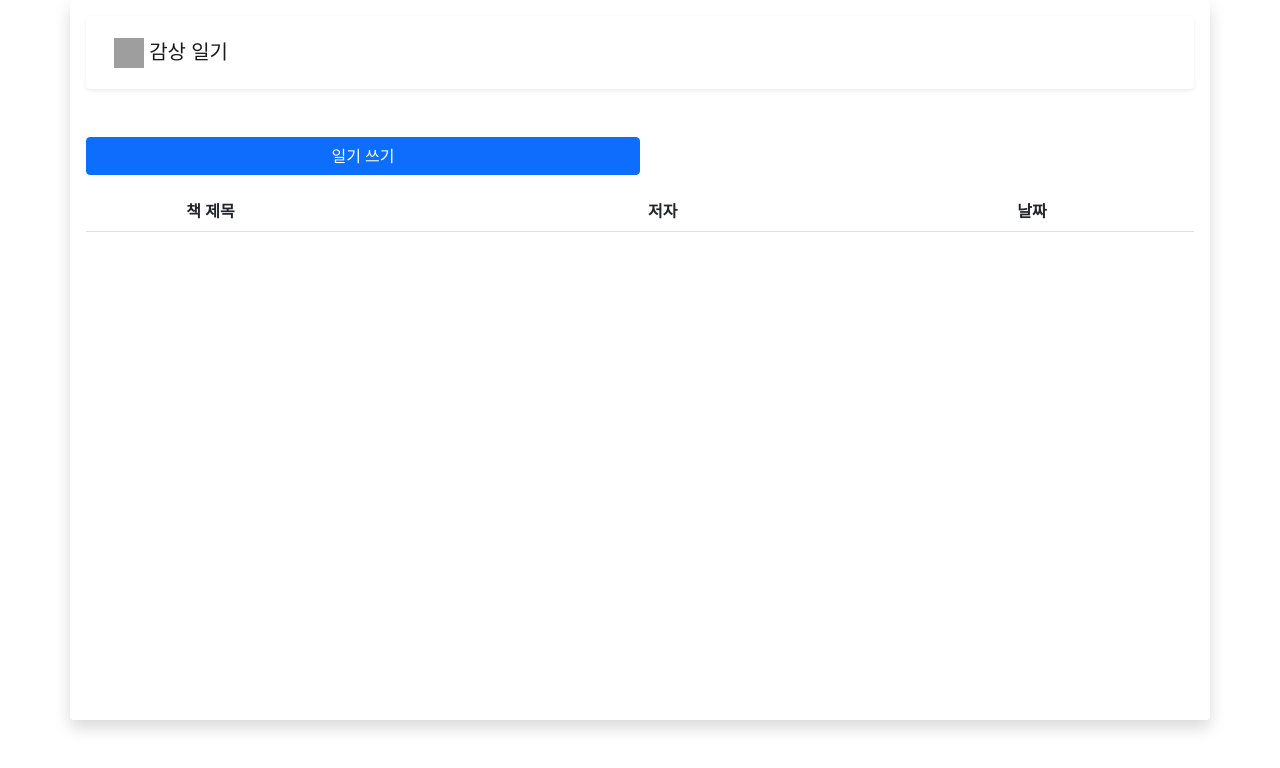
Repository: EunSung98/readMemo
Page: http://localhost/cultureMemoProject/memo/diary.jsp
These files come from the project's save history. The page is drawn as it stood at one moment and after the next save; the edit follows.
The browser window is 1280 px wide. The pictures show the whole page.
Pictures or frames that could not be fetched are drawn as grey boxes. The page is served by Tomcat 9. Other server files are loaded and not shown. Queries for data that is not in the repository find no rows.

Above is the page before, as saved 2023-06-07 12:36:15.

### cultureMemoProject/src/main/webapp/memo/diary.jsp
<%@page import="books.bookDo"%>
<%@page import="java.util.ArrayList"%>
<%@ page language="java" contentType="text/html; charset=UTF-8"
    pageEncoding="UTF-8"%>
<!DOCTYPE html>
<html>
<head>
<meta charset="UTF-8">
<title>Insert title here</title>
</head>
<body>
<div class="container shadow p-3 mb-5 bg-body rounded vh-100">
	<jsp:include page="../header.jsp"/>
	<div class="d-grid mt-5 w-50">
	  <button class="btn btn-primary " type="button" onclick="location.href='upload.jsp'">일기 쓰기</button>
	</div>

	<table class="table table-striped mt-3">
	  <thead>
	    <tr>
	      <th class="col-1" scope="col"></th>
	      <th class="col-5"  scope="col">책 제목</th>
	      <th class="col-4" scope="col">저자</th>
	      <th class="col-3"  scope="col">날짜</th>
	    </tr>
	  </thead>
	    <tbody>

	   <jsp:useBean id="bdao" class="books.bookDao" scope="application" />

	<%
		String id = (String) session.getAttribute("id");

		ArrayList<bookDo> b = bdao.getAll(id);

		for(int i=0; i<b.size(); i++){
			bookDo bdo = b.get(i);
	%>
		<tr style="cursor: pointer" onclick="location.href='page.jsp?book=<%= bdo.getBookName()%>'">
	      <th scope="row"><%= i+1 %></th>
	      <td><%= bdo.getBookName() %></td>
	      <td><%= bdo.getWriter() %></td>
	      <td><%= bdo.getDate() %></td>
	    </tr>
	<%
		}
	%>
	  </tbody>
	</table>
</div>
</body>
</html>

### cultureMemoProject/src/main/webapp/header.jsp
<%@ page language="java" contentType="text/html; charset=UTF-8"
    pageEncoding="UTF-8"%>
<!DOCTYPE html>
<html>
<head>
<meta charset="UTF-8">
<link href="https://cdn.jsdelivr.net/npm/bootstrap@5.1.3/dist/css/bootstrap.min.css" rel="stylesheet" integrity="sha384-1BmE4kWBq78iYhFldvKuhfTAU6auU8tT94WrHftjDbrCEXSU1oBoqyl2QvZ6jIW3" crossorigin="anonymous">
<script src="https://cdn.jsdelivr.net/npm/bootstrap@5.1.3/dist/js/bootstrap.bundle.min.js" integrity="sha384-ka7Sk0Gln4gmtz2MlQnikT1wXgYsOg+OMhuP+IlRH9sENBO0LRn5q+8nbTov4+1p" crossorigin="anonymous"></script>
<title>Insert title here</title>
</head>
<body>
<nav class="bg-light navbar navbar-light shadow-sm p-3 mb-5 bg-body rounded w-100">
  <div class="container-fluid">
    <a class="navbar-brand" href="#">
      <img src="https://cdn-icons-png.flaticon.com/512/3238/3238016.png" alt="" width="30" height="30" class="d-inline-block align-text-top">
      감상 일기
    </a>
  </div>
</nav>
</body>
</html>

### cultureMemoProject/src/main/java/books/bookDao.java
package books;

import java.sql.Connection;
import java.sql.Date;
import java.sql.DriverManager;
import java.sql.PreparedStatement;
import java.sql.ResultSet;
import java.sql.SQLException;
import java.time.LocalDate;
import java.util.ArrayList;

import javax.naming.Context;
import javax.naming.InitialContext;
import javax.sql.DataSource;

public class bookDao {
	// DB 연동에 필요한 JDBC 클래스 선언
	Connection conn = null;
	PreparedStatement pstmt = null;
	ResultSet rs = null;

	public void uploadBook(bookDo bdo,String userId) {
		System.out.println("uploadBook() 처리 시작");

		//DB 연결
		connect_cp();

		//SQL 처리 루틴
		String sql = "insert into books(bookName,writer,date,content,memberId)"
		+" values(?,?,?,?,?)";

		LocalDate nowTime = LocalDate.now();

		try {
			pstmt = conn.prepareStatement(sql);
			pstmt.setString(1,bdo.getBookName());
			pstmt.setString(2,bdo.getWriter());
			pstmt.setDate(3,Date.valueOf(nowTime));
			pstmt.setString(4,bdo.getContent());
			pstmt.setString(5,userId);

			//sql문 실행 : 테이블에 변화 있으면  update..
			pstmt.executeUpdate();

			System.out.println("uploadBook() 처리 완료");
		} catch (SQLException e) {
			e.printStackTrace();
		}

		//디비 연결 종료
		disConnect();
	}

	public bookDo goPage(String book,String userId) {
		System.out.println("goPage() 처리 시작");
		connect_cp();

		bookDo bdo = new bookDo();

		String sql = "select * from books where bookName=? and memberId=?";
		try {
			pstmt = conn.prepareStatement(sql);
			pstmt.setString(1, book);
			pstmt.setString(2, userId);
			rs = pstmt.executeQuery();
			while(rs.next()) {
				bdo.setBookName(rs.getString(1));
				bdo.setWriter(rs.getString(2));
				bdo.setDate(rs.getTimestamp(3));
				bdo.setContent(rs.getString(4));
				bdo.setMemberId(rs.getString(5));
				System.out.println("goPage() 처리 완료");
			}
		} catch (SQLException e) {
			// TODO Auto-generated catch block
			e.printStackTrace();
		}
		disConnect();

		return bdo;
	}

	public void modifyBook(bookDo bdo,String book,String userId) {
		System.out.println("modifyBook() 처리 시작");

		//DB 연결
		connect_cp();

		//SQL 처리 루틴
		String sql = "update books set bookName=?,writer=?,date=?,content=? "
				+ "where bookName=? and memberId=?";

		try {
			pstmt = conn.prepareStatement(sql);
			pstmt.setString(1,bdo.getBookName());
			pstmt.setString(2,bdo.getWriter());
			pstmt.setDate(3,Date.valueOf(java.time.LocalDate.now()));
			pstmt.setString(4,bdo.getContent());
			pstmt.setString(5, book);
			pstmt.setString(6, userId);

			pstmt.executeUpdate();

			System.out.println("modifyBook() 처리 완료");
		} catch (SQLException e) {
			e.printStackTrace();
		}

		disConnect();
	}

	public void deleteBook(String book,String userId) {
		System.out.println("deleteBook() 처리 시작");
		connect_cp();

		String sql = "delete from books where bookName=? and memberId=?";
		try {
			pstmt = conn.prepareStatement(sql);
			pstmt.setString(1,book);
			pstmt.setString(2, userId);
			pstmt.executeUpdate();
			System.out.println("deleteBook() 처리 완료");
		} catch (SQLException e) {
			e.printStackTrace();
		}

		disConnect();
	}

	public ArrayList<bookDo> getAll(String userId) {
		System.out.println(" getAll() 처리 시작");

		//DB 연결
		connect_cp();
		ArrayList<bookDo> bList = new ArrayList<bookDo>();

		//SQL 처리 루틴
		String sql = "select * from books where memberId=?";

		try {
			pstmt = conn.prepareStatement(sql);
			pstmt.setString(1, userId);
			rs = pstmt.executeQuery();

			while(rs.next()) {
				bookDo bdo = new bookDo();
				bdo.setBookName(rs.getString(1));
				bdo.setWriter(rs.getString(2));
				bdo.setDate(rs.getTimestamp(3));
				bdo.setContent(rs.getString(4));
				bdo.setMemberId(rs.getString(5));

				bList.add(bdo);
			}
			System.out.println("getAll() 처리 완료");
		} catch (SQLException e) {
			e.printStackTrace();
		}
		disConnect();

		return bList;
	}

	public void connect_cp() {
		try {
			//context 객체 생성
			Context initctx = new InitialContext();
			//context.xml 접근
			Context envctx = (Context) initctx.lookup("java:/comp/env");

			//'jdbc/pool' 이름의 커넥션 풀에 접근
			DataSource ds = (DataSource) envctx.lookup("jdbc/pool");
			//collection pool로부터 collection 하나 빌려오기
			conn = ds.getConnection();

			System.out.println("collection pool로부터 디비 연결 성공");
		} catch (Exception e) {
			// TODO Auto-generated catch block
			e.printStackTrace();
		}

	}

	public void disConnect() {
		if(conn != null) {
			try {
				conn.close();
			}catch(SQLException e) {
				e.printStackTrace();
			}
		}
		if(pstmt != null) {
			try {
				pstmt.close();
			}catch(SQLException e) {
				e.printStackTrace();
			}
		}
		if(rs != null) {
			try {
				rs.close();
			} catch (SQLException e) {
				e.printStackTrace();
			}
		}
	}
}

After the next save:
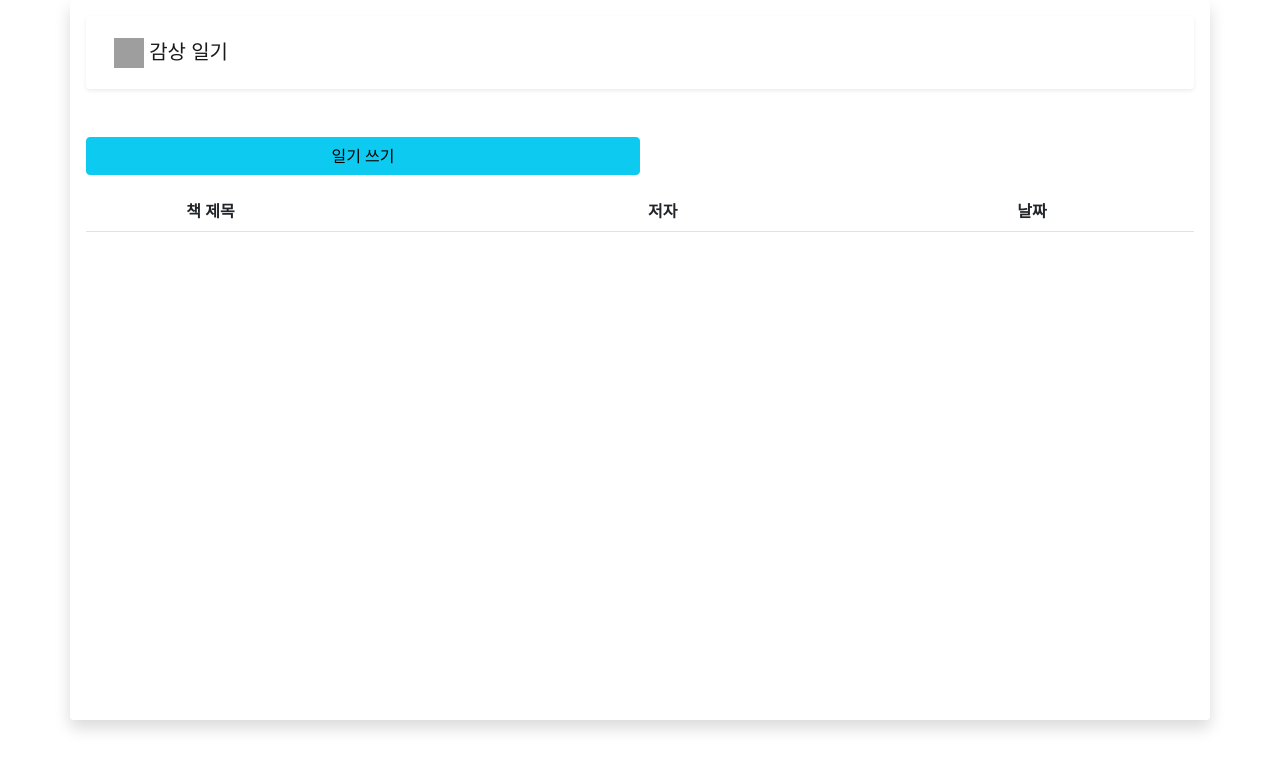
Saved 2 min 47 s later.
--- a/cultureMemoProject/src/main/webapp/memo/diary.jsp
+++ b/cultureMemoProject/src/main/webapp/memo/diary.jsp
@@ -12,7 +12,7 @@
 <div class="container shadow p-3 mb-5 bg-body rounded vh-100">
 	<jsp:include page="../header.jsp"/>
 	<div class="d-grid mt-5 w-50">
-	  <button class="btn btn-primary " type="button" onclick="location.href='upload.jsp'">일기 쓰기</button>
+	  <button class="btn btn-info " type="button" onclick="location.href='upload.jsp'">일기 쓰기</button>
 	</div>
 
 	<table class="table table-striped mt-3">
